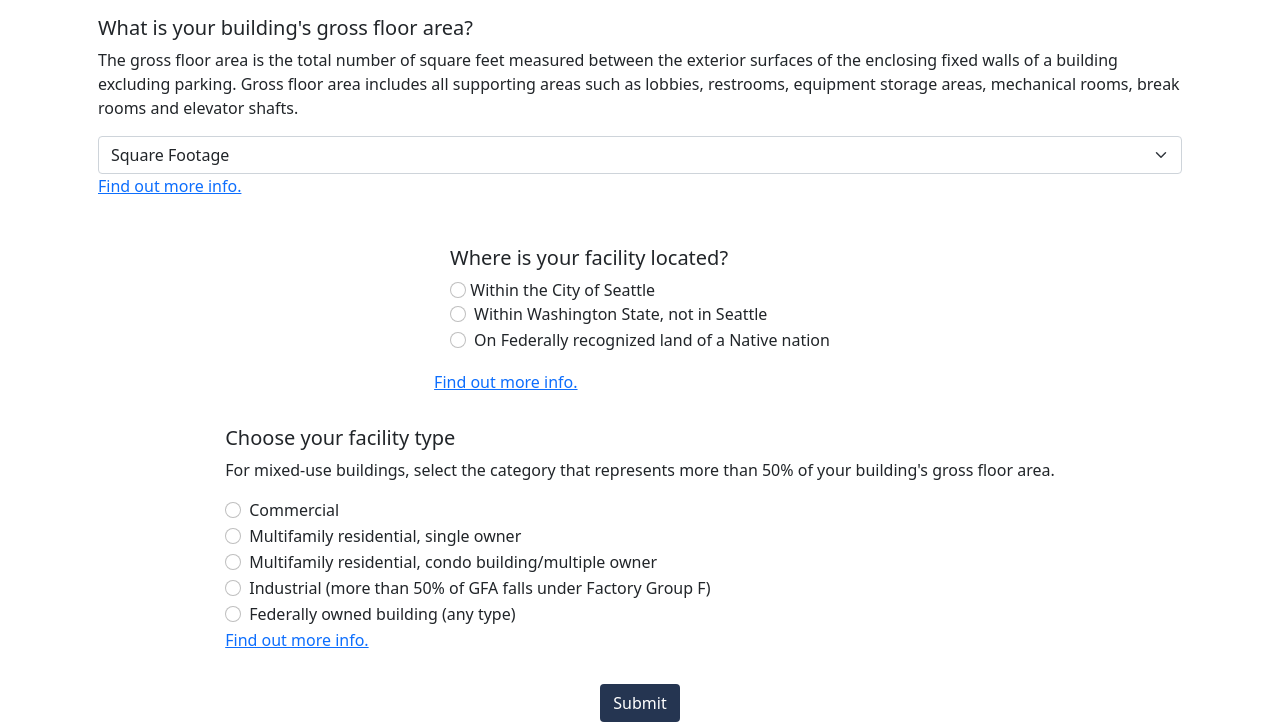
Repository: ChaidGPT/SershonSystemsQuiz
Page: index.html
These files come from the project's save history. The page is drawn as it stood at one moment and after the next save; the edit follows.
The browser window is 1280 px wide. The pictures show the whole page.

Above is the page before, as saved 2023-07-07 11:54:17.

After the next save:
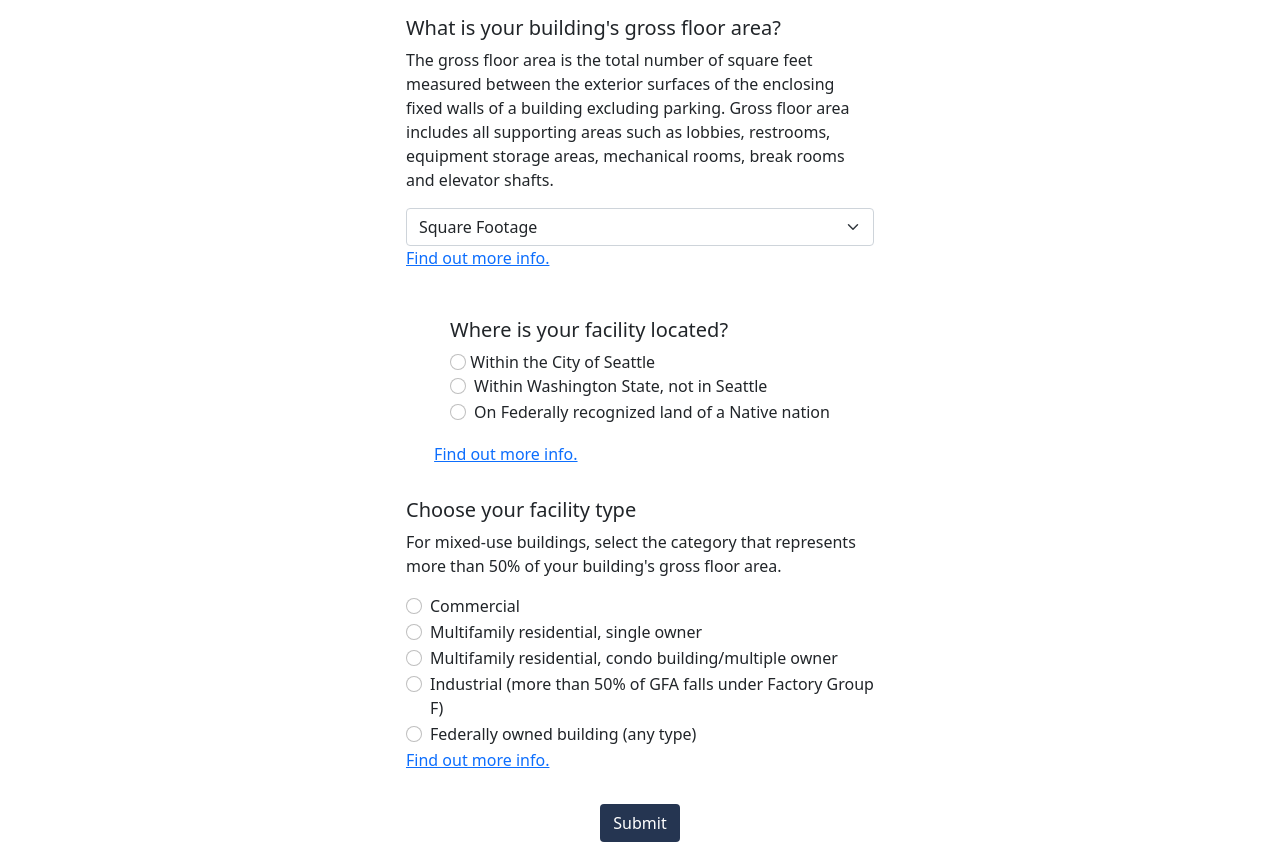
Saved 9 s later.
--- a/index.html
+++ b/index.html
@@ -7,7 +7,7 @@
 	<link rel="stylesheet" href="https://cdn.jsdelivr.net/npm/bootstrap@5.0.2/dist/css/bootstrap.min.css">
 	<style>
 	.card {
-		max-width: none;
+		max-width: 500px;
 		min-width: 375;
         border: none;
 	}
